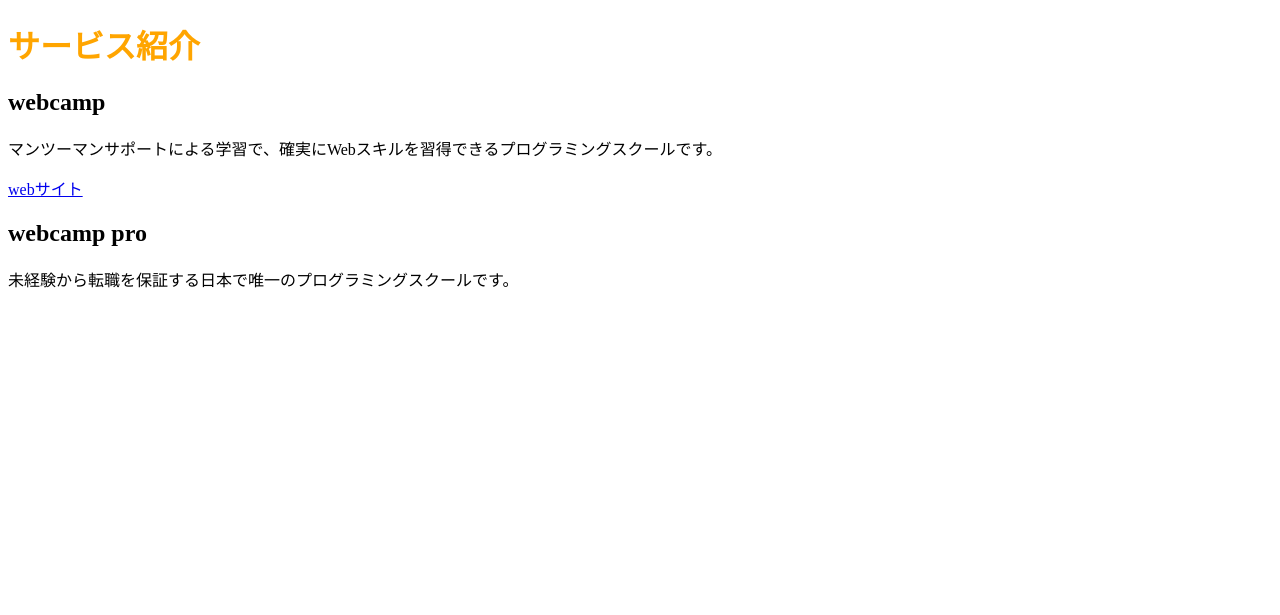
Repository: RAM-OK/git-practice
Page: servise.html
The author's editor kept a record of every edit. The page is drawn from the files as they stood at one moment, then again after the next edit.
The browser window is 1280 px wide. The pictures show the whole page.

Above is the page before.

### servise.html
<!DOCTYPE html>
<html lang="ja">
  <head>
    <meta charset="UTF-8">
    <title>サービス紹介</title>
    <link rel="stylesheet" href="style.css">
  </head>
  <body>
    <h1>サービス紹介</h1>
    <h2>webcamp</h2>
    <p>マンツーマンサポートによる学習で、確実にWebスキルを習得できるプログラミングスクールです。</p>
    <a href="https://web-camp.io">webサイト</a>
    <h2>webcamp pro</h2>
    <p>未経験から転職を保証する日本で唯一のプログラミングスクールです。</p>
    <a href="https.//web-camp.io/pro/"></a>
  </body>
</html>

### style.css
h1 {
 color: orange;
}

After the next edit:
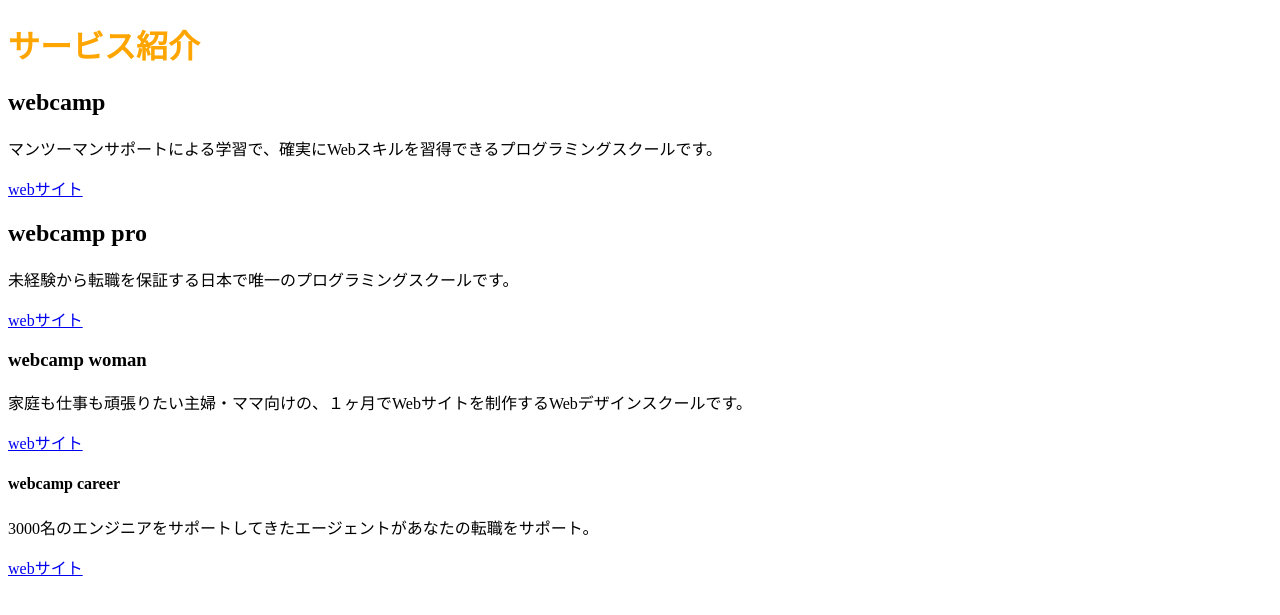
The edit:
--- a/servise.html
+++ b/servise.html
@@ -12,6 +12,12 @@
     <a href="https://web-camp.io">webサイト</a>
     <h2>webcamp pro</h2>
     <p>未経験から転職を保証する日本で唯一のプログラミングスクールです。</p>
-    <a href="https.//web-camp.io/pro/"></a>
+    <a href="https.//web-camp.io/pro/">webサイト</a>
+    <h3>webcamp woman</h3>
+    <p>家庭も仕事も頑張りたい主婦・ママ向けの、１ヶ月でWebサイトを制作するWebデザインスクールです。</p>
+    <a href="https.//web-camp.io/woman/">webサイト</a>
+    <h4>webcamp career</h4>
+    <p>3000名のエンジニアをサポートしてきたエージェントがあなたの転職をサポート。</p>
+    <a href="https://web-camp.io/career/">webサイト</a>
   </body>
 </html>
